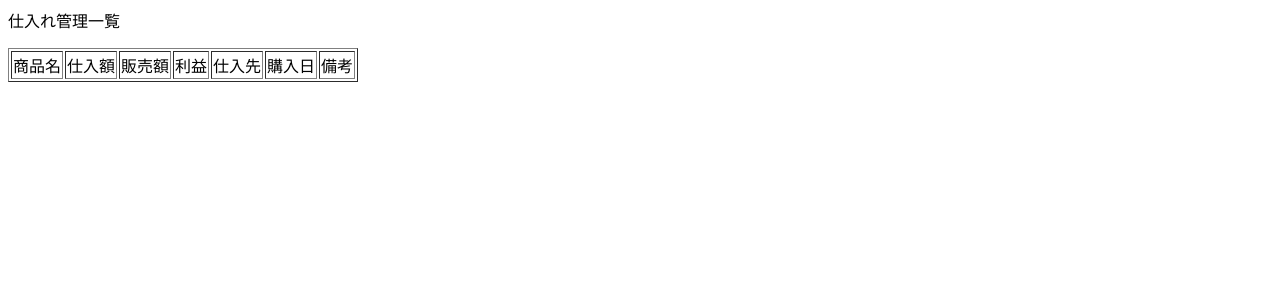
Repository: hayashikazuki/quroud9
Page: http://localhost/hurugi_keisan/product/hurugi_list.php
The author's editor kept a record of every edit. The page is drawn from the files as they stood at one moment, then again after the next edit.
The browser window is 1280 px wide. The pictures show the whole page.
The page is run by PHP 8.4 with error messages shown; the project is at /var/www/html/. Queries for data that is not in the repository find no rows.

Above is the page before.

### hurugi_keisan/product/hurugi_list.php
<!DOCTTYPE>
<html lang="ja">
    <head>
        <meta charaset="UTF-8">
        <title>古着管理アプリ</title>
    </head>
    <body>
    <?php

    try
    {
    $dsn='mysql:dbname=hurugi_keisan;host=localhost;charset=utf8';
    $user='root';
    $password='';
    $dbh = new PDO($dsn,$user,$password);
    $dbh->setAttribute(PDO::ATTR_ERRMODE,PDO::ERRMODE_EXCEPTION);

    $sql = 'SELECT code,name,stocking,sale,shop,date,remarks FROM hurugi_product WHERE 1';
    $stmt = $dbh->prepare($sql);
    $stmt->execute();

    $dbh = null;

    print '<p>仕入れ管理一覧</p>';
    print '<table border="1">';
    print '<tr>';
    print '<td>商品名</td>';
    print '<td>仕入額</td>';
    print '<td>販売額</td>';
    print '<td>利益</td>';
    print '<td>仕入先</td>';
    print '<td>購入日</td>';
    print '<td>備考</td>';
    print '</tr>';


    print '<form method="post" action="hurugi_edit.php">';

    while(true)
    {

        $rec = $stmt->fetch(PDO::FETCH_ASSOC);
        if($rec==false)
        {
            break;
        }
        print '<tr>';
        print '<td>';
        print'<input type="radio" name="hurugicode" value="'.$rec['code'].'">';
        print $rec['name'];
        print '</td>';
        print '<td>';
        print $rec['stocking'];
        print '</td>';
        print '<td>';
        print $rec['sale'];
        print '</td>';
        print '<td>';
        print $rec['stocking']-$rec['sale'];
        print '</td>';
        print '<td>';
        print $rec['shop'];
        print '</td>';
        print '<td>';
        print $rec['date'];
        print '</td>';
        print '<td>';
        print $rec['remarks'];
        print '</td>';
        print '<br />';
        print '</tr>';
    }



    print '</table>';


    }
    catch(Exception $e)
    {
        print 'ただいま障害により大変ご迷惑をお掛けしております。';
        exit();
    }
    ?>

    <!--<p>仕入れ管理一覧</p>-->
    <!--<table border="1">-->
    <!--    <tr>-->
    <!--        <td>商品名</td>-->
    <!--        <td>仕入額</td>-->
    <!--        <td>販売額</td>-->
    <!--        <td>利益</td>-->
    <!--        <td>仕入先</td>-->
    <!--        <td>購入日</td>-->
    <!--        <td>備考</td>-->
    <!--    </tr>-->
    <!--</table>-->
    </body>
</html>

After the next edit:
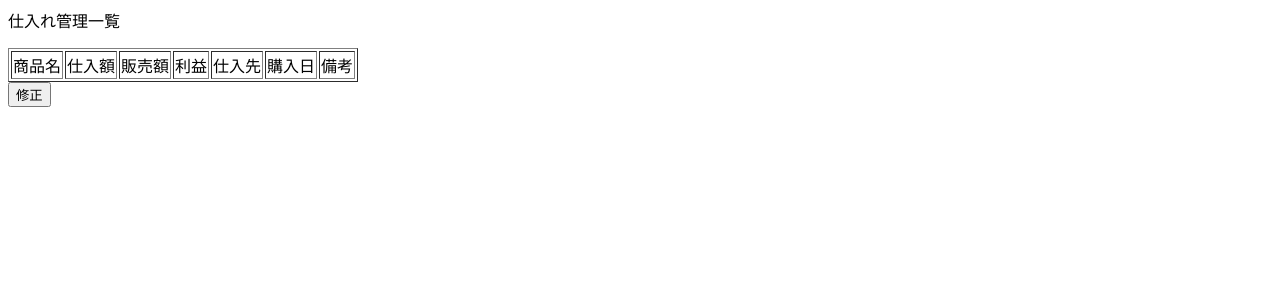
The edit:
--- a/hurugi_keisan/product/hurugi_list.php
+++ b/hurugi_keisan/product/hurugi_list.php
@@ -75,6 +75,10 @@
 
     print '</table>';
 
+    print'<input type="submit" value="修正">';
+    // print'<input type="submit" value="削除">';
+    print '</form>';
+
 
     }
     catch(Exception $e)
